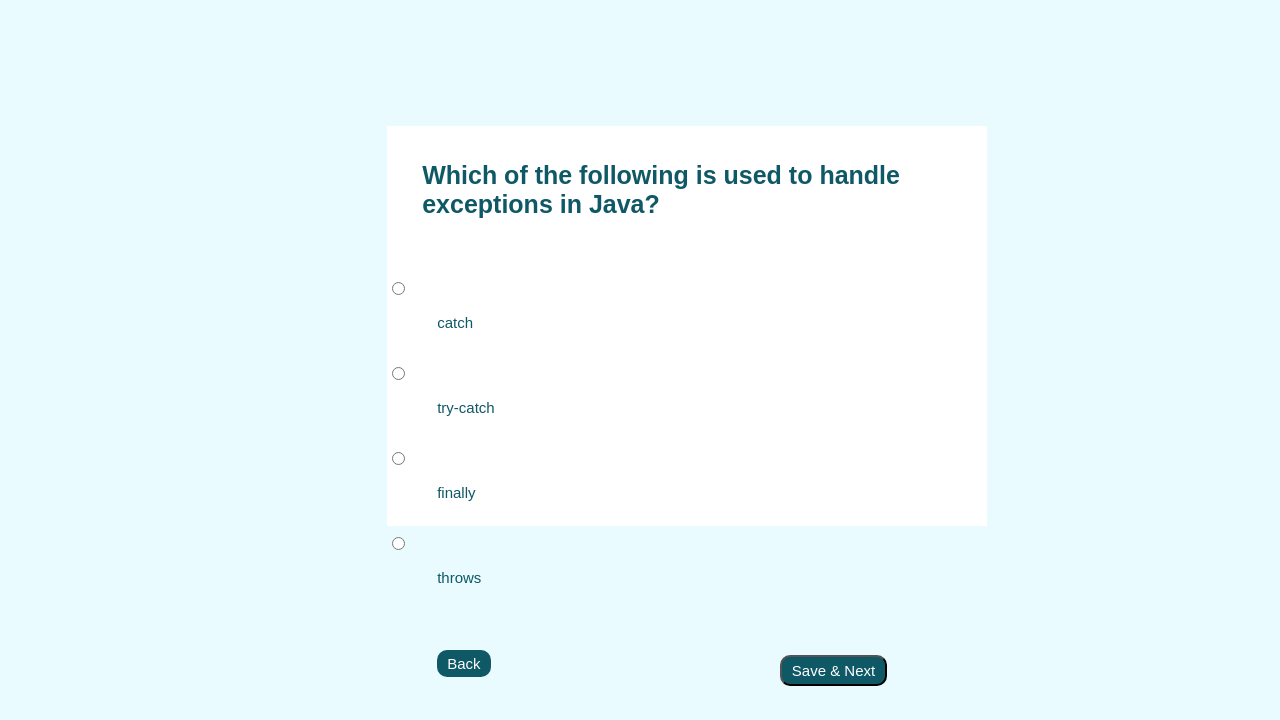
Repository: Rupali-8062Chourasiya5279/Internship_Task_Rupali
Page: Programming Language/quiz/QuizApp/src/main/webapp/First.html
An editor plug-in stored every save of this project. The page is shown before and after a run of saves, followed by the edit.
The browser window is 1280 px wide. The pictures show the whole page.

Above is the page before, as saved 2025-01-24 13:48:38.

After the next 2 saves:
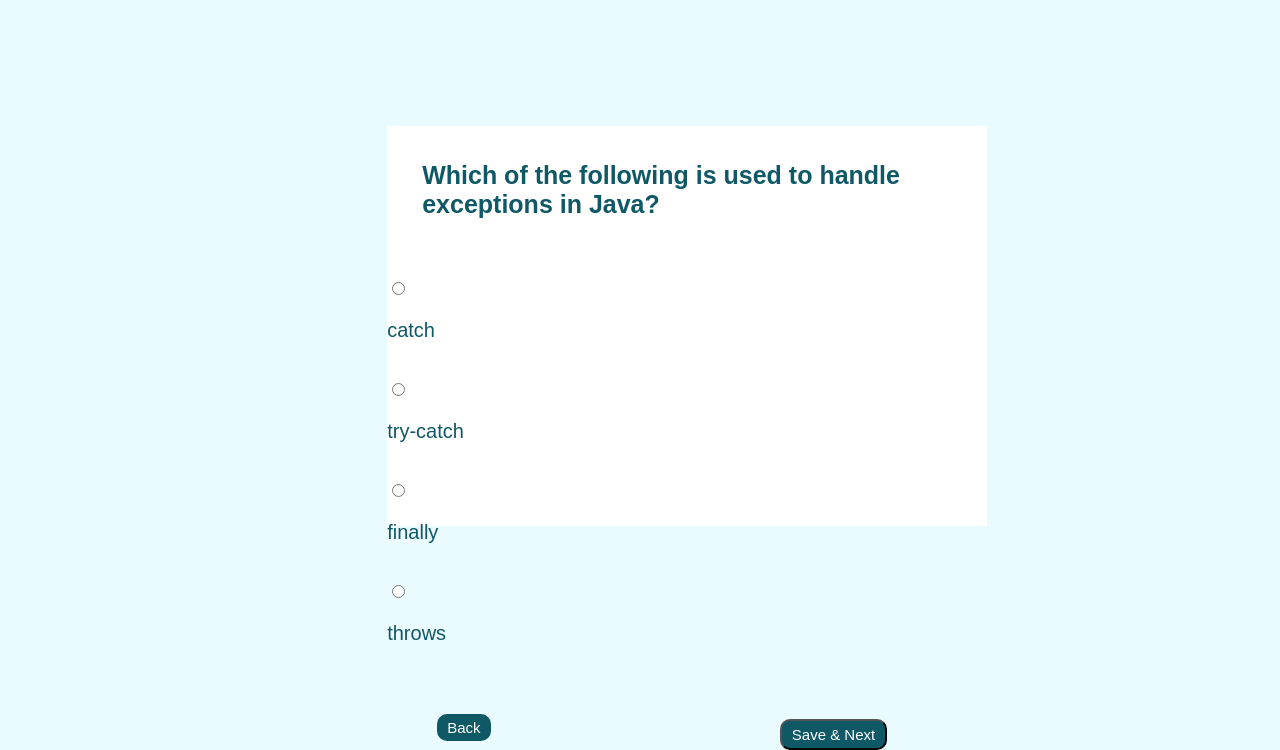
The 2 saves are shown as one change because they came seconds apart.
The last was saved 41 s later.
--- a/Programming Language/quiz/QuizApp/src/main/webapp/First.html
+++ b/Programming Language/quiz/QuizApp/src/main/webapp/First.html
@@ -39,8 +39,7 @@ margin-top: 10%;
  {
  color:#0f5866;
  font-family: sans-serif;
- margin-left:50px;
- font-size: 15px;
+ font-size: 20px;
  }
  #sub
  {
